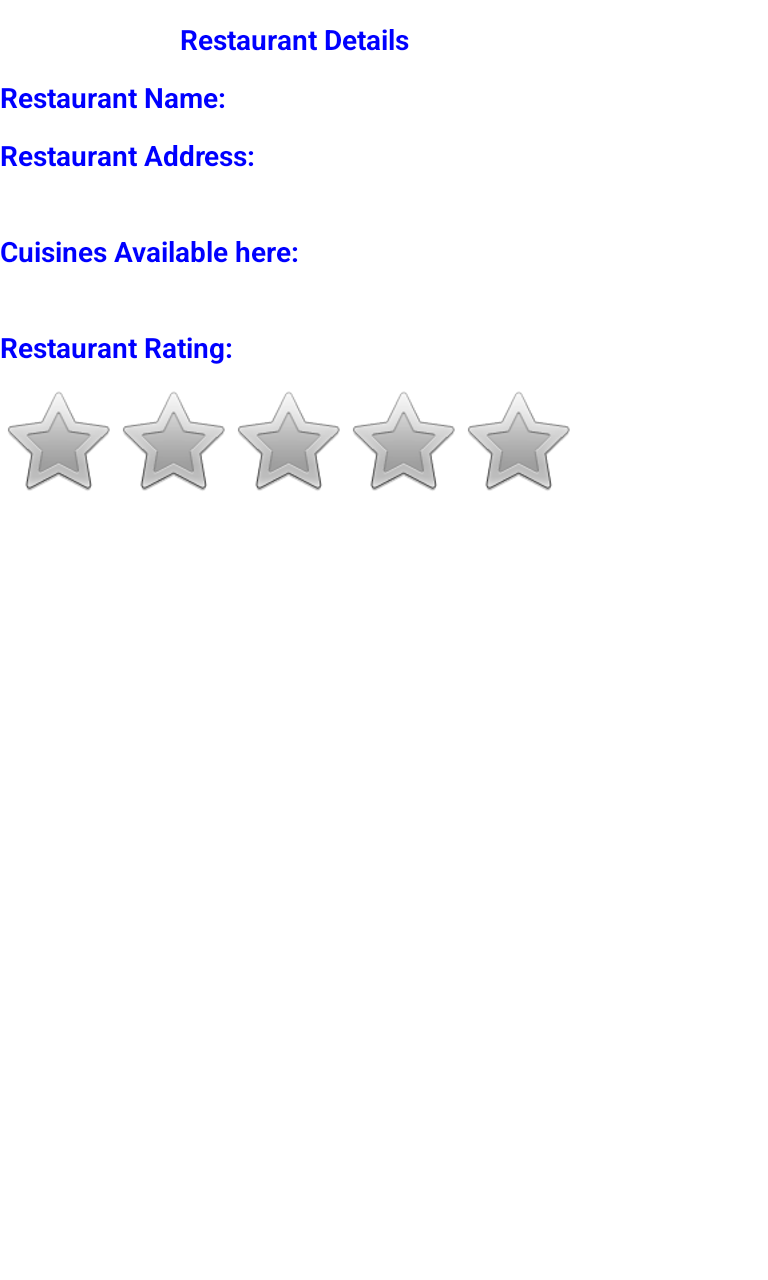
Repository: Mihir-Webonise/AllAndroidAssignments
Layout: ZomatoAssignment/res/layout/restaurantdetails.xml
The author's editor kept a copy of each file at every save. The layout is drawn from the files as they stood at one save, then again after the next save.
It is drawn on a 768 x 1280 px phone screen (xhdpi) without system bars, with theme android:Theme; the app's code is not run.

Above is the layout before, as saved 2012-06-29 13:33:42.

### ZomatoAssignment/res/layout/restaurantdetails.xml
<?xml version="1.0" encoding="utf-8"?>
<LinearLayout xmlns:android="http://schemas.android.com/apk/res/android"
    android:layout_width="match_parent"
    android:layout_height="match_parent"
    android:background="@android:color/white"
    android:orientation="vertical"
    android:color="#ffff0000" >

    <TextView
        android:id="@+id/textViewRestaurantDetailslbl"
        android:layout_width="wrap_content"
        android:layout_height="wrap_content"
        android:layout_marginLeft="90dp"
        android:layout_marginTop="10dp"
        android:text="Restaurant Details "
        android:textColor="#0000ff"
        android:textStyle="bold" />

    <LinearLayout
        android:layout_width="fill_parent"
        android:layout_height="wrap_content"
        android:layout_marginTop="10dp"
        android:orientation="horizontal" >

        <TextView
            android:id="@+id/textViewRestaurantNamelbl"
            android:layout_width="wrap_content"
            android:layout_height="wrap_content"
            android:text="Restaurant Name: "
            android:textColor="#0000ff"
            android:textStyle="bold" />

        <TextView
            android:id="@+id/textViewRestaurantNamevalue"
            android:layout_width="wrap_content"
            android:layout_height="wrap_content"
            android:text=""
            android:textColor="#ff0000"
            android:textStyle="bold" />
    </LinearLayout>

    <TextView
        android:id="@+id/textViewRestaurantAddresslbl"
        android:layout_width="wrap_content"
        android:layout_height="wrap_content"
        android:layout_marginTop="10dp"
        android:text="Restaurant Address: "
        android:textColor="#0000ff"
        android:textStyle="bold" />

    <TextView
        android:id="@+id/textViewRestaurantAddressvalue"
        android:layout_width="wrap_content"
        android:layout_height="wrap_content"
        android:text=""
        android:textColor="#ff0000"
        android:textStyle="bold" />

    <TextView
        android:id="@+id/textViewRestaurantCuisineslbl"
        android:layout_width="wrap_content"
        android:layout_height="wrap_content"
        android:layout_marginTop="10dp"
        android:text="Cuisines Available here: "
        android:textColor="#0000ff"
        android:textStyle="bold" />

    <TextView
        android:id="@+id/textViewRestaurantCuisinesvalue"
        android:layout_width="wrap_content"
        android:layout_height="wrap_content"
        android:text=""
        android:textColor="#ff0000"
        android:textStyle="bold" />

    <LinearLayout
        android:layout_width="fill_parent"
        android:layout_height="wrap_content"
        android:layout_marginTop="10dp"
        android:orientation="horizontal" >

        <TextView
            android:id="@+id/textViewRestaurantRatinglbl"
            android:layout_width="wrap_content"
            android:layout_height="wrap_content"
            android:text="Restaurant Rating: "
            android:textColor="#0000ff"
            android:textStyle="bold" />

        <TextView
            android:id="@+id/textViewRestaurantRatingvalue"
            android:layout_width="wrap_content"
            android:layout_height="wrap_content"
            android:text=""
            android:textColor="#ff0000"
            android:textStyle="bold" />
    </LinearLayout>

    <RatingBar
        android:id="@+id/restaurantRatingBar"
        android:layout_width="wrap_content"
        android:layout_height="wrap_content"
        android:layout_marginTop="10dp"
        android:numStars="5"
        android:stepSize="1.0" />

</LinearLayout>

After the next save:
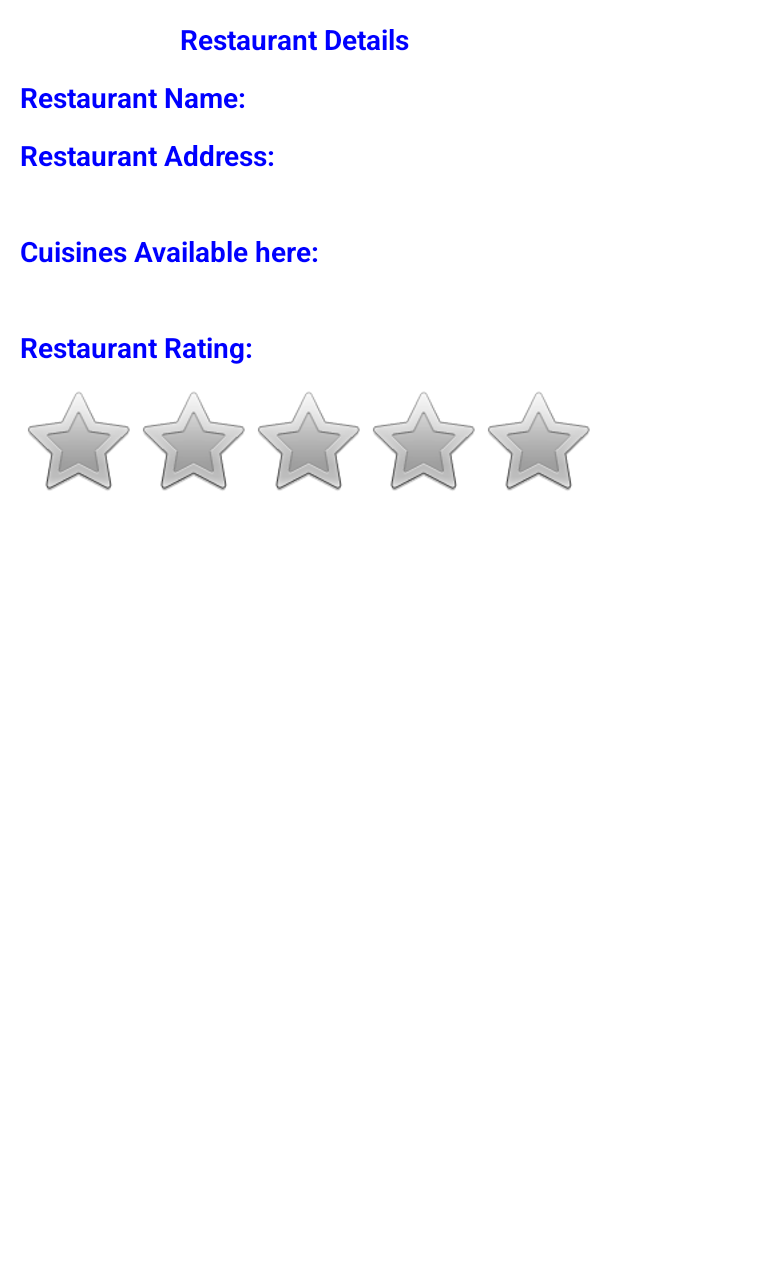
Saved 13 min 43 s later.
--- a/ZomatoAssignment/res/layout/restaurantdetails.xml
+++ b/ZomatoAssignment/res/layout/restaurantdetails.xml
@@ -20,6 +20,7 @@
         android:layout_width="fill_parent"
         android:layout_height="wrap_content"
         android:layout_marginTop="10dp"
+        android:layout_marginLeft="10dp"
         android:orientation="horizontal" >
 
         <TextView
@@ -44,6 +45,7 @@
         android:layout_width="wrap_content"
         android:layout_height="wrap_content"
         android:layout_marginTop="10dp"
+        android:layout_marginLeft="10dp"
         android:text="Restaurant Address: "
         android:textColor="#0000ff"
         android:textStyle="bold" />
@@ -61,6 +63,7 @@
         android:layout_width="wrap_content"
         android:layout_height="wrap_content"
         android:layout_marginTop="10dp"
+        android:layout_marginLeft="10dp"
         android:text="Cuisines Available here: "
         android:textColor="#0000ff"
         android:textStyle="bold" />
@@ -77,6 +80,7 @@
         android:layout_width="fill_parent"
         android:layout_height="wrap_content"
         android:layout_marginTop="10dp"
+        android:layout_marginLeft="10dp"
         android:orientation="horizontal" >
 
         <TextView
@@ -101,6 +105,7 @@
         android:layout_width="wrap_content"
         android:layout_height="wrap_content"
         android:layout_marginTop="10dp"
+        android:layout_marginLeft="10dp"
         android:numStars="5"
         android:stepSize="1.0" />
 
